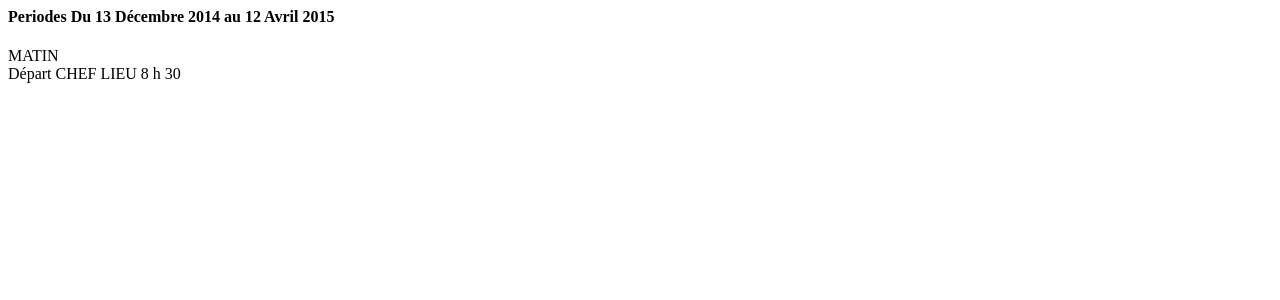
Repository: numericgraphics/Rosiere_Service
Page: www/templates/horaires.html
The author's editor kept a record of every edit. The page is drawn from the files as they stood at one moment, then again after the next edit.
The browser window is 1280 px wide. The pictures show the whole page.

Above is the page before.

### www/templates/horaires.html


<ion-view title="Horaires">
        <ion-content has-header="true" padding="true">

          <h4>Periodes Du 13 Décembre 2014 au 12 Avril 2015 </h4>

          <div class="list">

          <div class="item item-divider">
            MATIN
          </div>

          <a class="item">
            Départ CHEF LIEU
            <span class="item-note">
              8 h 30
            </span>
          </a>



          </div>
        </ion-content>
      </ion-view>

After the next edit:
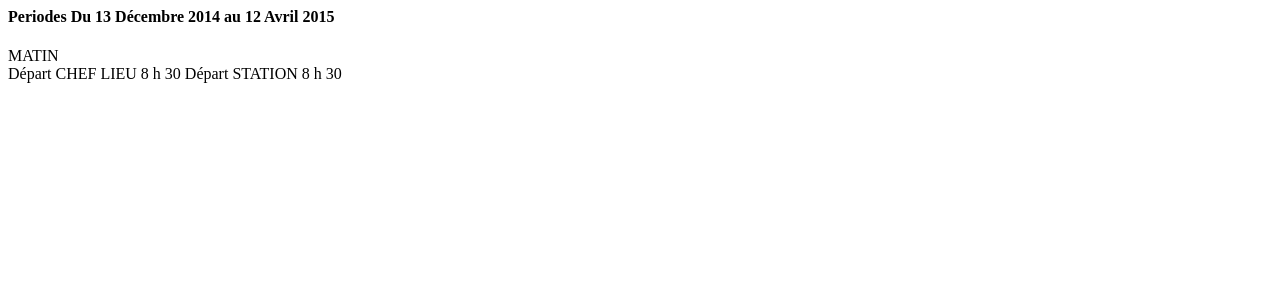
The edit:
--- a/www/templates/horaires.html
+++ b/www/templates/horaires.html
@@ -18,6 +18,13 @@
             </span>
           </a>
 
+          <a class="item">
+            Départ STATION
+            <span class="item-note">
+              8 h 30
+            </span>
+          </a>
+
 
 
           </div>
